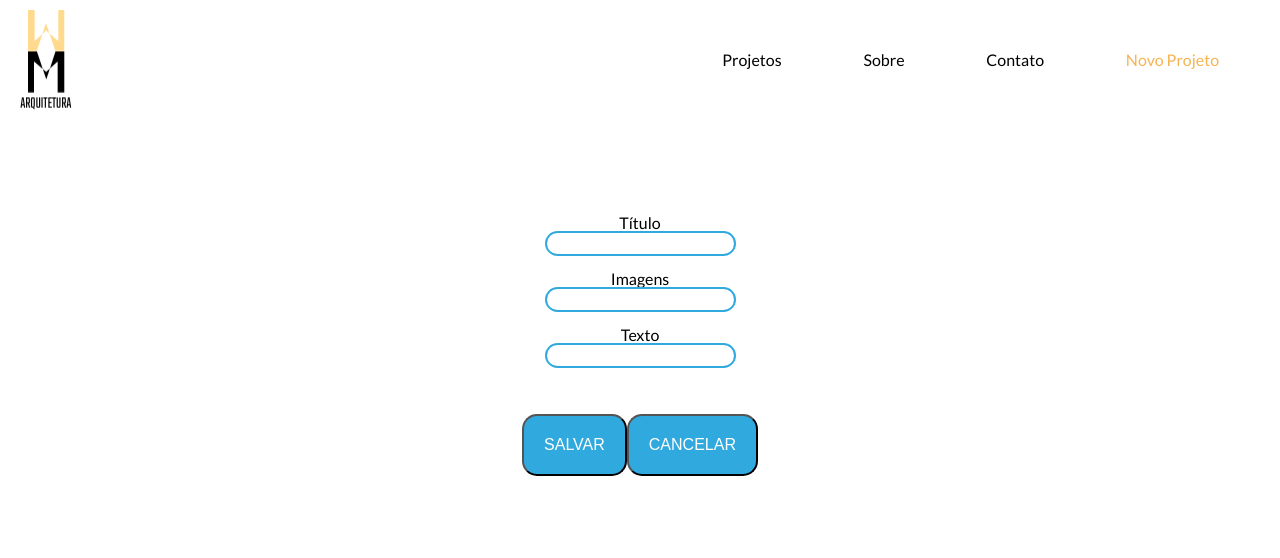
Repository: Luandro-com/wmedeiros
Page: /novo
An editor plug-in stored every save of this project. The page is shown before and after the next save, followed by the edit.
The browser window is 1280 px wide. The pictures show the whole page.
The project was rebuilt for these pictures with package versions that can differ from the ones it lists, and the page was loaded fresh each time. Also part of the build but not shown: src/components/Projects.css, src/components/Projects.js, src/components/About.js, src/components/Contact.js, src/components/Login.js, src/components/AddNew.css, src/components/PortfolioItem.css, src/components/PortfolioItem.js.

Above is the page before, as saved 2018-02-07 20:07:04.

After the next save:
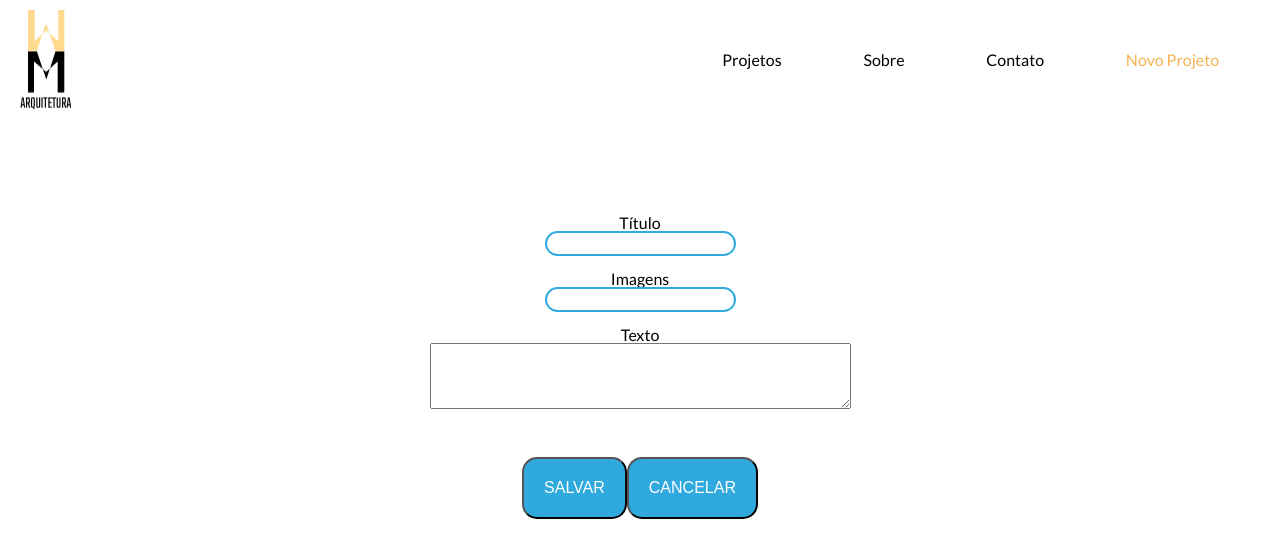
Saved 63 s later.
--- a/src/components/AddNew.js
+++ b/src/components/AddNew.js
@@ -59,7 +59,8 @@
           </div>
           <div>
             <h3>Texto</h3>
-            <input type="text" onChange={(e) => this.setState({ password: e.target.value })} value={password} />
+            <textarea rows="4" cols="50">
+            </textarea>
           </div>
           <br />
           <div>
